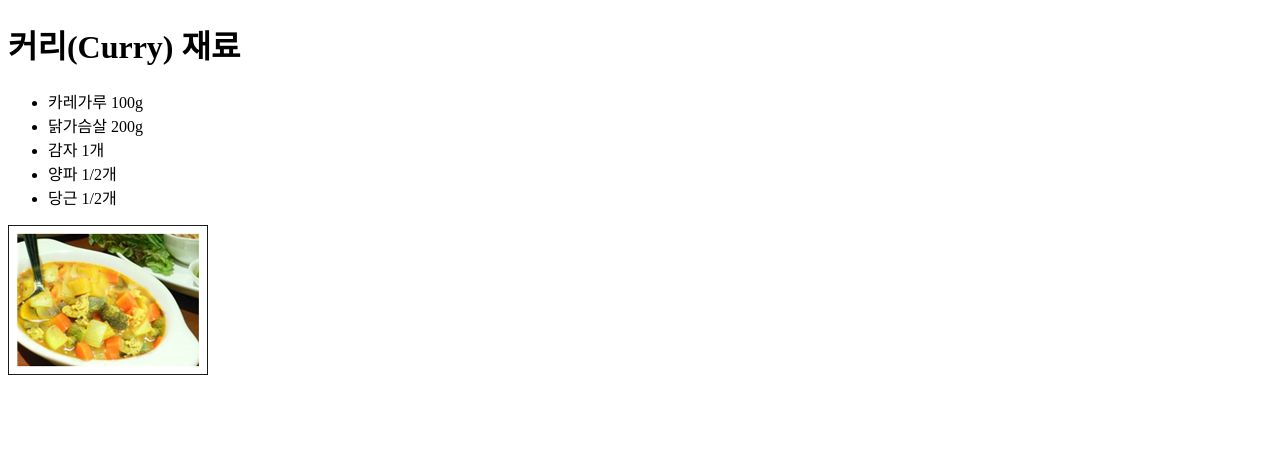
Repository: masima305/html_study
Page: Ex_1220/WebContent/day1/curry.html
An editor plug-in stored every save of this project. The page is shown before and after the next save, followed by the edit.
The browser window is 1280 px wide. The pictures show the whole page.

Above is the page before, as saved 2017-12-20 06:56:47.

After the next save:
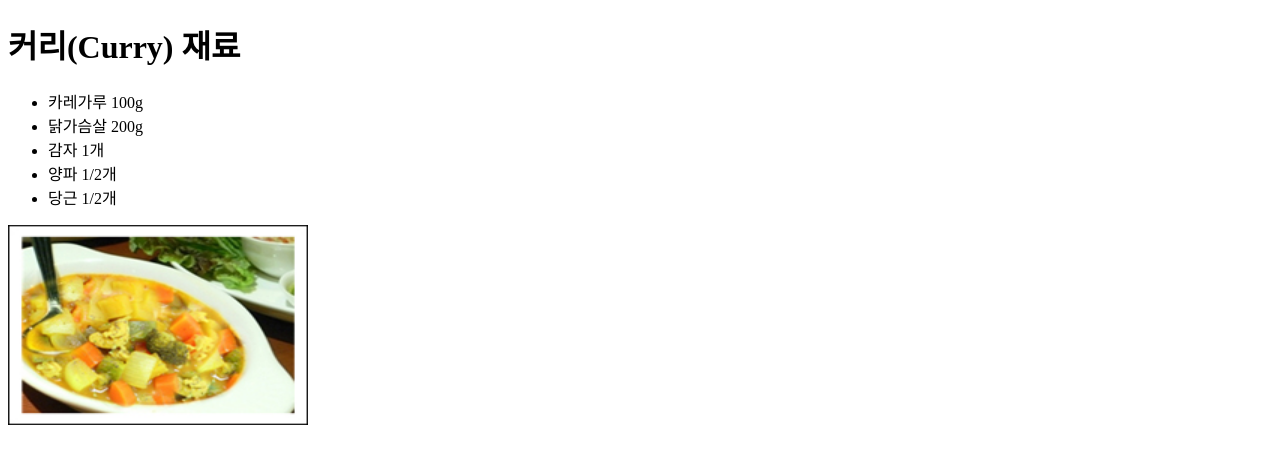
Saved 4 min 42 s later.
--- a/Ex_1220/WebContent/day1/curry.html
+++ b/Ex_1220/WebContent/day1/curry.html
@@ -15,6 +15,7 @@
 			<li>당근 1/2개</li>
 
 		</ul>
-		<img alt="카레 완성 이미지" src="../image/curry.jpg"/>
+		<img alt="카레 완성 이미지" src="../image/curry.jpg"
+		width="300" height="200">
 	</body>
 </html>
